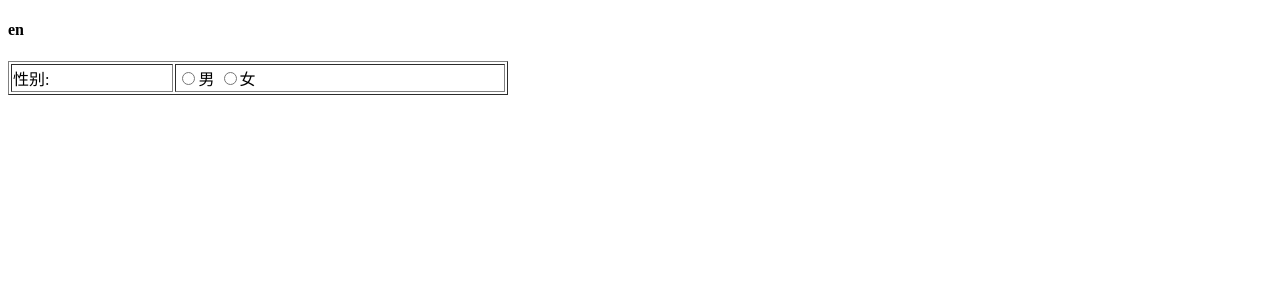
Repository: Qwenicq/My_project
Page: html/HTML_learning/exampl.html
These files come from the project's save history. The page is drawn as it stood at one moment and after the next save; the edit follows.
The browser window is 1280 px wide. The pictures show the whole page.

Above is the page before, as saved 2023-03-29 21:23:37.

After the next save:
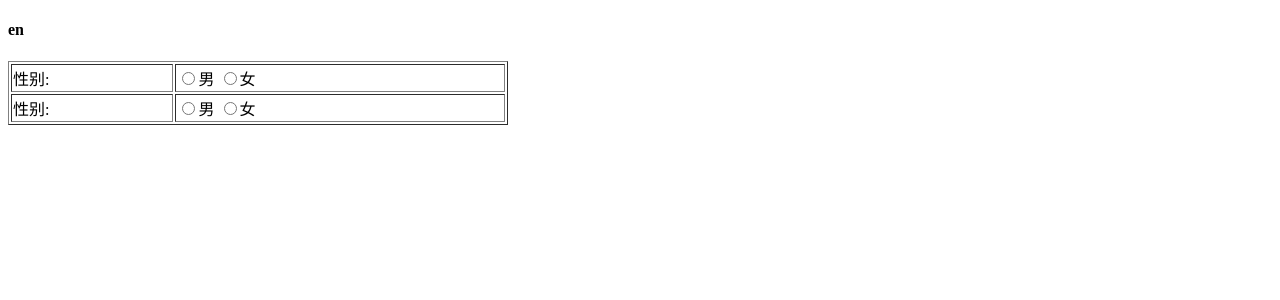
Saved 11 s later.
--- a/html/HTML_learning/exampl.html
+++ b/html/HTML_learning/exampl.html
@@ -16,6 +16,13 @@
                 <input type="radio" name="sex" id="woman"><label for="woman">女</labelfor>
             </td>
         </tr>
+        <tr>
+            <td>性别:</td>
+            <td>
+                <input type="radio" name="sex" id="man"><label for="man">男</label>
+                <input type="radio" name="sex" id="woman"><label for="woman">女</labelfor>
+            </td>
+        </tr>
 
     </table>
 </body>
